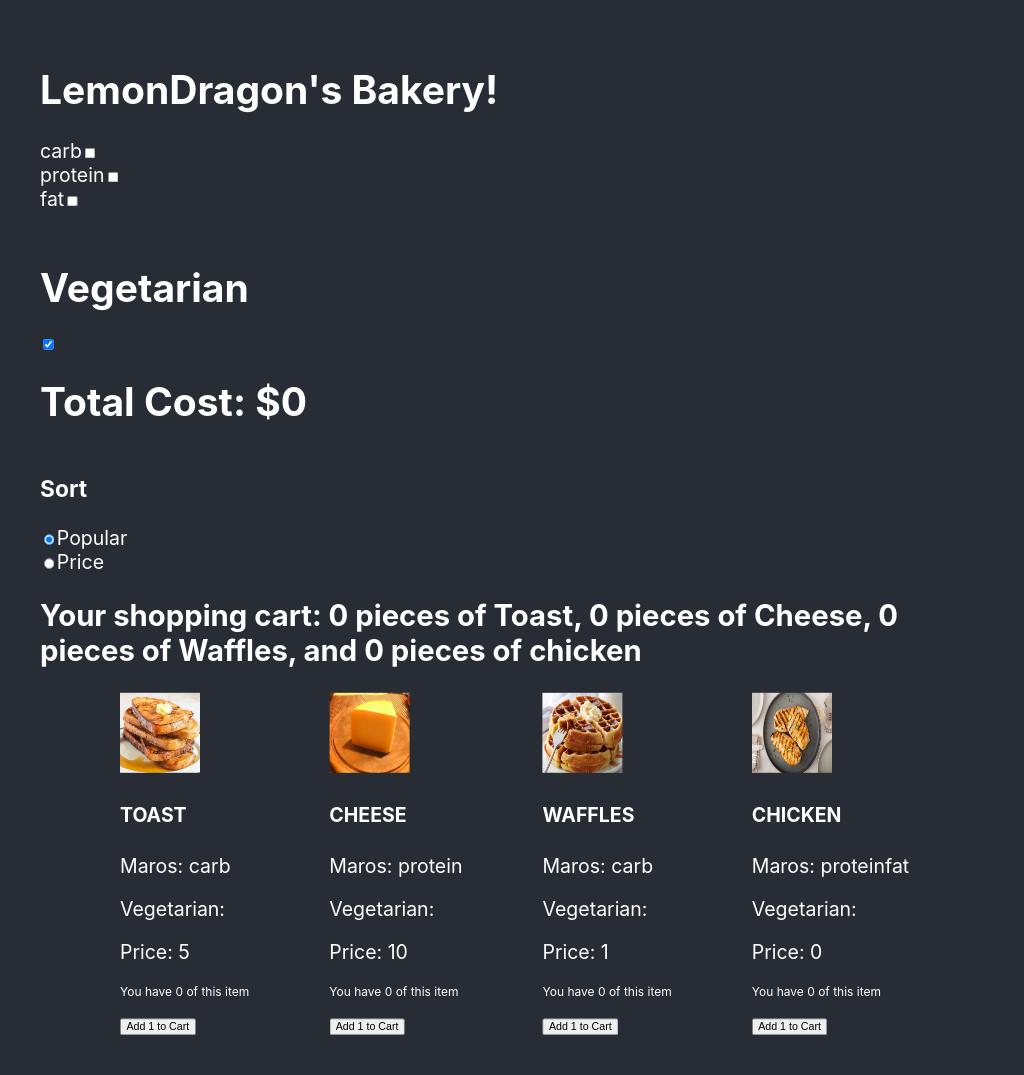
Repository: happydragon200/development
Page: /
An editor plug-in stored every save of this project. The page is shown before and after a run of saves, followed by the edit.
The browser window is 1280 px wide. The pictures show the whole page, at 80% of full size.
The project was rebuilt for these pictures with package versions that can differ from the ones it lists, and the page was loaded fresh each time.

Above is the page before, as saved 2022-12-02 06:15:16.

### src/App.js
import React, { useState } from 'react'
import baguette from './images/baguette.jpg'
import toast from './images/toast.png'
import cheese from './images/cheese.jpg'
import waffle from './images/waffle.jpg'
import chicken from './images/chicken.jpg'
import Container from 'react-bootstrap/Container'
import Nav from 'react-bootstrap/Nav'
import Navbar from 'react-bootstrap/Navbar'
import NavDropdown from 'react-bootstrap/NavDropdown'
import './App.css'

function App() {
  return (
    <div>
      <div className="App">
        <header className="App-header">
          <h1>LemonDragon's Bakery!</h1>
          <Menu />
        </header>
      </div>
    </div>
  )
}

function FilterBar(props) {
  const { selected, changeSelected } = props

  const carbsButton = FilterButton(selected, changeSelected, 'carb')
  const proteinButton = FilterButton(selected, changeSelected, 'protein')
  const fatButton = FilterButton(selected, changeSelected, 'fat')

  const pieButton = FilterButton(selected, changeSelected, 'pie')
  const cakeButton = FilterButton(selected, changeSelected, 'cake')
  const otherButton = FilterButton(selected, changeSelected, 'other')

  const buttons = [carbsButton, proteinButton, fatButton]

  return (
    <div>
      {buttons}
      <h1>{selected}</h1>
    </div>
  )
}

function VegButton(veg, changeVeg) {
  const clickChange = () => {
    changeVeg(!veg)
  }

  return (
    <input
      type="checkbox"
      id="vegetarian"
      name="Vegetarian"
      // value="Paneer"
      checked={veg}
      onChange={clickChange}
    />
  )
}

function FilterButton(selected, changeSelected, tag) {
  // const { selected, changeSelected, tag } = props

  const clickChange = () => {
    if (selected.includes(tag)) {
      // const new_selected = selected.remove(tag)

      var new_selected = selected.filter(function (value, index, arr) {
        return value !== tag
      })
      changeSelected(new_selected)
    } else {
      const new_selected = [...selected]
      new_selected.push(tag)
      changeSelected(new_selected)
    }
  }

  return (
    <div>
      {tag}
      <input
        type="checkbox"
        id="topping"
        name="topping"
        value="Paneer"
        // checked={man}
        onChange={clickChange}
      />
    </div>
  )
}

function Menu() {
  const [selected, changeSelected] = useState([])

  const [chosen, changeChosen] = useState('Popular')
  const [veg, changeVeg] = useState(false)

  const [toast_count, toast_setcount] = useState(0)
  const [cheese_count, cheese_setcount] = useState(0)
  const [waffle_count, waffle_setcount] = useState(0)
  const [chicken_count, chicken_setcount] = useState(0)

  const toast_price = 5
  const cheese_price = 10
  const waffle_price = 1
  const chicken_price = 0

  const toast_comp = [
    ['carb'],
    toast_price,
    BakeryItem(
      'toast',
      ['carb'],
      true,
      toast_price,
      toast,
      toast_count,
      toast_setcount,
    ),
  ]
  const cheese_comp = [
    ['protein'],
    cheese_price,
    BakeryItem(
      'cheese',
      ['protein'],
      true,
      cheese_price,
      cheese,
      cheese_count,
      cheese_setcount,
    ),
  ]
  const waffle_comp = [
    ['carb'],
    waffle_price,
    BakeryItem(
      'waffles',
      ['carb'],
      true,
      waffle_price,
      waffle,
      waffle_count,
      waffle_setcount,
    ),
  ]

  const chicken_comp = [
    ['protein', 'fat'],
    chicken_price,
    BakeryItem(
      'chicken',
      ['protein', 'fat'],
      false,
      chicken_price,
      chicken,
      chicken_count,
      chicken_setcount,
    ),
  ]

  var final_list = [toast_comp, cheese_comp, waffle_comp, chicken_comp]

  if (selected.length > 0) {
    final_list = final_list.filter(function (food) {
      for (let i = 0; i < selected.length; i++) {
        const option = selected[i]

        if (!food[0].includes(option)) {
          return false
        }
      }
      return true
    })
  }

  if (chosen === 'Price') {
    console.log('DSKFJSKLJFLSLDFj')
    final_list.sort(function (a, b) {
      return a[1] - b[1]
    })
  }

  final_list = final_list.map((item) => item.slice(-1))

  console.log('sorted')

  console.log(final_list)
  console.log('hm')

  return (
    <>
      <FilterBar selected={selected} changeSelected={changeSelected} />
      <div></div>
      <div></div>
      <h1>Vegetarian</h1>
      <VegButton veg={veg} changeVeg={changeVeg}/>
      <h1>
        Total Cost: $
        {toast_count * toast_price +
          cheese_count * cheese_price +
          waffle_count * waffle_price +
          chicken_count * chicken_price}
      </h1>
      <SortPriceButton chosen={chosen} changeChosen={changeChosen} />
      <h2>
        Your shopping cart: {toast_count} pieces of Toast, {cheese_count} pieces
        of Cheese, {waffle_count} pieces of Waffles, and {chicken_count} pieces
        of chicken
      </h2>

      <div className="flex-parent">{final_list}</div>
    </>
  )
}

function SortPriceButton(props) {
  const { chosen, changeChosen } = props

  const handlePrice = () => {
    changeChosen('Price')
  }

  const handlePopular = () => {
    changeChosen('Popular')
  }

  return (
    <div>
      <h3>Sort</h3>
      <div className="radio">
        <label>
          <input
            type="radio"
            // label="Popular"
            checked={chosen === 'Popular'}
            onChange={handlePopular}
          />
          Popular
        </label>
      </div>
      <div className="radio">
        <label>
          <input
            type="radio"
            // label="Price"
            checked={chosen === 'Price'}
            onChange={handlePrice}
          />
          Price
        </label>
      </div>
    </div>
  )
}

function BakeryItem(label, macros, veg, price, img, count, setCount) {
  // const { img, count, setCount } = prop

  return (
    <div className="pad">
      <img src={img} className="Item-small" />
      <h4>{label.toUpperCase()}</h4>
      <p>Maros: {macros}</p>
      <p>Vegetarian: {veg}</p>
      <p>Price: {price}</p>
      <p className="smull">You have {count} of this item</p>
      <button onClick={() => setCount(count + 1)}>Add 1 to Cart</button>

      {count > 0 && (
        <button onClick={() => setCount(count - 1)}>Remove 1 from Cart</button>
      )}
    </div>
  )
}

export default App

// const [type, setType] = useState('ALL')

// var foods = [
//   {
//     name: 'toast',
//     type: 'bread',
//     price: 5,
//     img: { toast },
//     count: { toast_count },
//   },
//   {
//     name: 'cheese',
//     type: 'protein',
//     price: 10,
//     img: { cheese },
//     count: { cheese_count },
//   },
//   {
//     name: 'waffle',
//     type: 'bread',
//     price: 100,
//     img: { waffle },
//     count: { waffle_count },
//   },
// ]

// foods.filter(function (value, index, arr) {
//   return value
// })

### src/App.css
.App {
  /* text-align: center; */
}

.App-logo {
  height: 40vmin;
  pointer-events: none;
}

@media (prefers-reduced-motion: no-preference) {
  .App-logo {
    animation: App-logo-spin infinite 20s linear;
  }
}

.App-header {
  background-color: #282c34;
  min-height: 100vh;
  display: flex;
  flex-direction: column;
  align-items: flex-start;
  justify-content: flex-start;
  font-size: calc(10px + 2vmin);
  padding: 50px 50px 50px 50px;
  color: white;
}

.App-link {
  color: #61dafb;
}

.Item-small {
  height: 100px;
  width: 100px;
}

.inline {
  justify-content: space-around;
}

.pad {
  padding: 0px 0px 0px 100px;
}

.flex-parent {
  display: flex;
  justify-content: space-around;

}

.smull {
  font-size: 15px;
}

@keyframes App-logo-spin {
  from {
    transform: rotate(0deg);
  }
  to {
    transform: rotate(360deg);
  }
}

Loaded but not shown: public/index.html (common file); src/index.js (common file); src/index.css (common file)

After the next 3 saves:
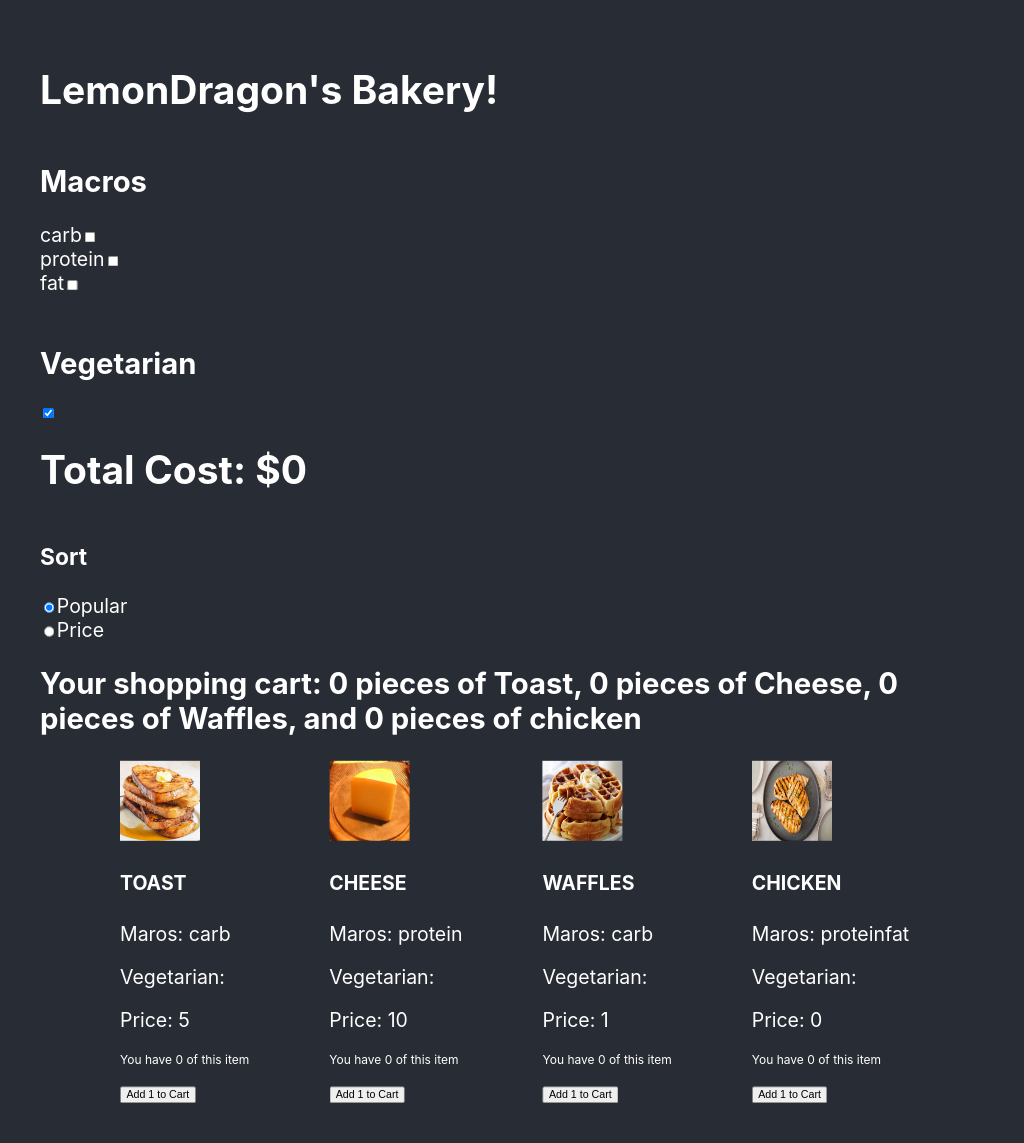
The 3 saves are shown as one change because they came seconds apart.
The last was saved 23 s later.
--- a/src/App.js
+++ b/src/App.js
@@ -195,11 +195,12 @@ function Menu() {
 
   return (
     <>
+      <h2>Macros</h2>
       <FilterBar selected={selected} changeSelected={changeSelected} />
       <div></div>
       <div></div>
-      <h1>Vegetarian</h1>
-      <VegButton veg={veg} changeVeg={changeVeg}/>
+      <h2>Vegetarian</h2>
+      <VegButton veg={veg} changeVeg={changeVeg} />
       <h1>
         Total Cost: $
         {toast_count * toast_price +
